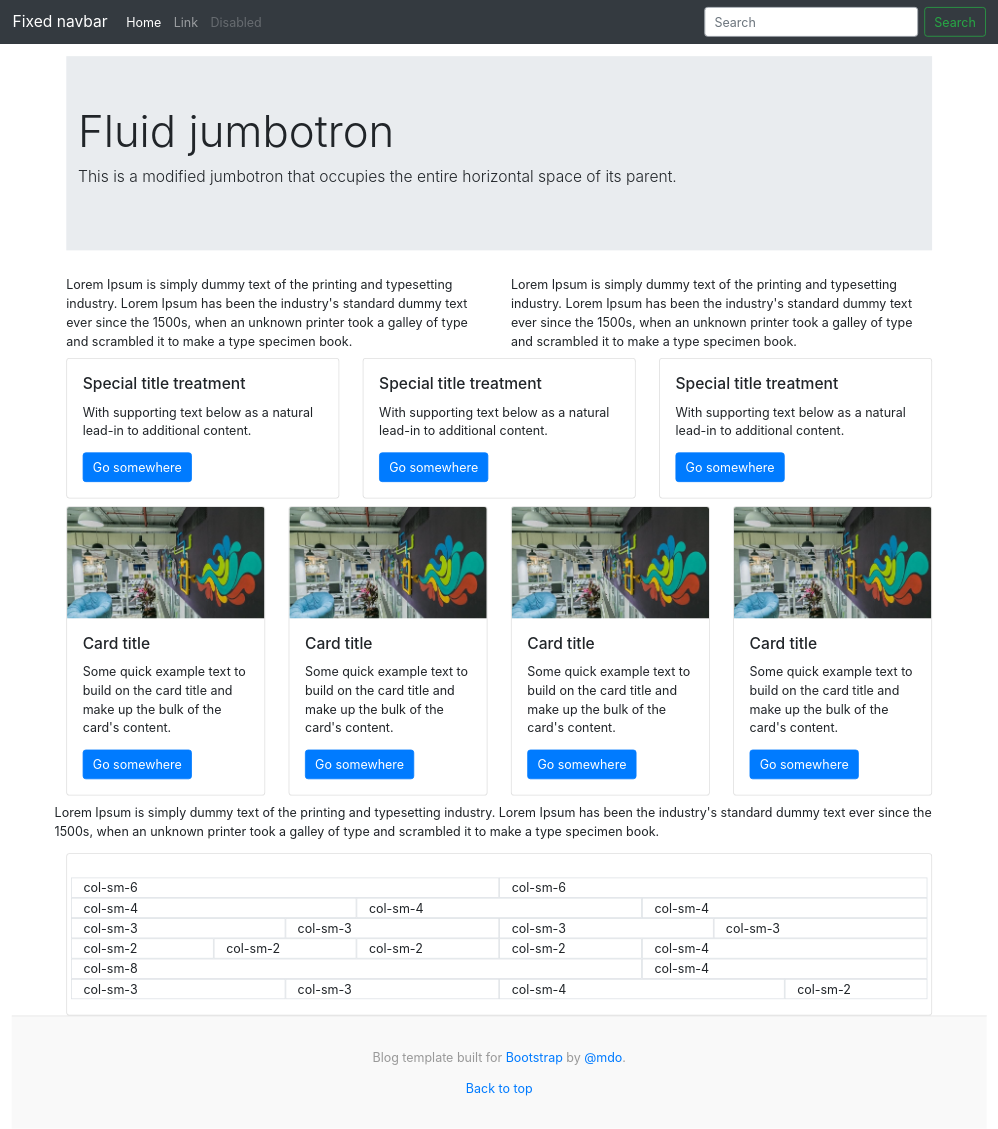
Repository: Green-Technologies-Angular/HTML
Page: index.html
An editor plug-in stored every save of this project. The page is shown before and after the next save, followed by the edit.
The browser window is 1280 px wide. The pictures show the whole page, at 78% of full size.

Above is the page before, as saved 2019-02-09 12:20:10.

After the next save:
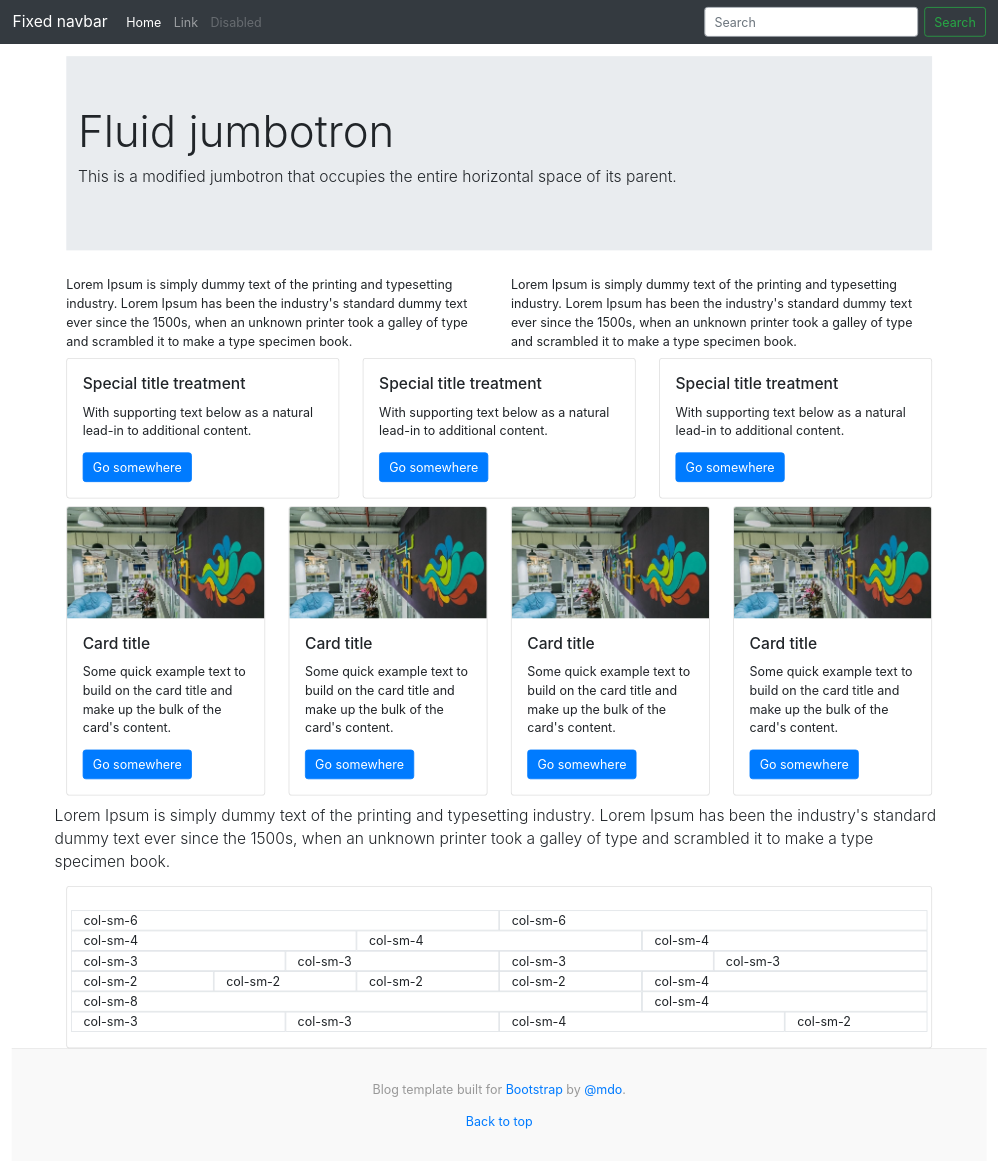
Saved 21 s later.
--- a/index.html
+++ b/index.html
@@ -165,7 +165,7 @@
             </div>
 
             <div class="row" style="padding-top: 10px;">
-                <p>
+                <p class="lead">
                     Lorem Ipsum is simply dummy text of the printing and typesetting industry. Lorem Ipsum has been the
                     industry's standard dummy text ever since the 1500s, when an unknown printer took a galley of type
                     and scrambled it to make a type specimen book.
